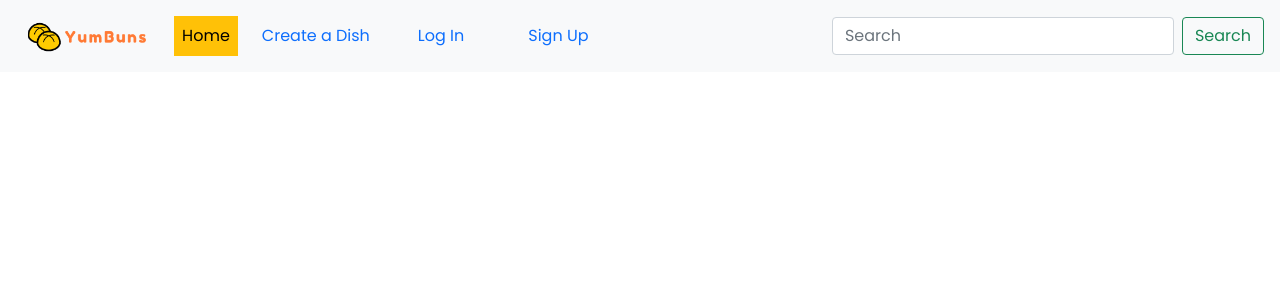
Repository: mottad14/yumBuns
Page: /login (app in client/)
These files come from the project's save history. The page is drawn as it stood at one moment and after the next save; the edit follows.
The browser window is 1280 px wide. The pictures show the whole page.
Some web fonts or font styles are not loaded; a fallback is used. The project was rebuilt for these pictures with package versions that can differ from the ones it lists, and the page was loaded fresh each time. Also part of the build but not shown: client/src/components/RecipePreview.js, client/src/views/Main.js, client/src/views/Create.js, client/src/views/Recipe.js, client/src/components/SubscribePop.css, client/src/components/SignUp.jsx, client/src/components/SubscribePop.js.

Above is the page before, as saved 2022-07-29 10:34:22.

### client/public/index.html
<!DOCTYPE html>
<html lang="en">
  <head>
    <meta charset="utf-8" />
    <link rel="icon" href="%PUBLIC_URL%/favicon.ico" />
    <meta name="viewport" content="width=device-width, initial-scale=1" />
    <meta name="theme-color" content="#000000" />
    <meta
      name="description"
      content="Web site created using create-react-app"
    />
    <!--
      Notice the use of %PUBLIC_URL% in the tags above.
      It will be replaced with the URL of the `public` folder during the build.
      Only files inside the `public` folder can be referenced from the HTML.

      Unlike "/favicon.ico" or "favicon.ico", "%PUBLIC_URL%/favicon.ico" will
      work correctly both with client-side routing and a non-root public URL.
      Learn how to configure a non-root public URL by running `npm run build`.
    -->
    <title>Yumbuns</title>
  </head>
  <body>
    <noscript>You need to enable JavaScript to run this app.</noscript>
    <div id="root"></div>
    <!--
      This HTML file is a template.
      If you open it directly in the browser, you will see an empty page.

      You can add webfonts, meta tags, or analytics to this file.
      The build step will place the bundled scripts into the <body> tag.

      To begin the development, run `npm start` or `yarn start`.
      To create a production bundle, use `npm run build` or `yarn build`.
    -->
  </body>
</html>

### client/src/index.js
import React from 'react';
import ReactDOM from 'react-dom';
import './index.css';
import App from './App';
import reportWebVitals from './reportWebVitals';
import {BrowserRouter} from "react-router-dom";

ReactDOM.render(
    <React.StrictMode>
      <BrowserRouter>
            <App />
      </BrowserRouter>
    </React.StrictMode>,
    document.getElementById('root')
);



// If you want to start measuring performance in your app, pass a function
// to log results (for example: reportWebVitals(console.log))
// or send to an analytics endpoint. Learn more: https://bit.ly/CRA-vitals
reportWebVitals();

### client/src/App.js
import React from 'react';
import 'bootstrap/dist/css/bootstrap.min.css';
import {Switch, Route} from "react-router-dom";
import './App.css';
import NavBar from './components/NavBar';
import Main from './views/Main';
import Create from './views/Create';
import Recipe from './views/Recipe';
import SubscribePop from './components/SubscribePop';
import {useState, useEffect} from 'react'
import { AuthContextProvider } from "./contexts/AuthContext";


function App() {
  const [buttonPopup, setButtonPopup] = useState(false);
  const [timedPopup, setTimedPopup] = useState (false);

  useEffect(() => {
    setTimeout(() => {
      setTimedPopup(true)
    }, 45000)
  }, [])


  return (

    <div className="App">
      <div className="">
          <NavBar/>
          <AuthContextProvider>
              <Switch>
                <Route exact path="/">
                  <Main/>
                </Route>

                <Route path="/view/single/:_id">
                  <Recipe/>
                </Route>

                <Route exact path="/create">
                  <Create/>
                </Route>
              </Switch>

              <SubscribePop trigger={buttonPopup} setTrigger={setButtonPopup}>
                <h3>This is my Pop Up</h3>
              </SubscribePop>

              <SubscribePop trigger={timedPopup} setTrigger={setTimedPopup}>
              </SubscribePop>
          </AuthContextProvider>


       </div>
    </div>
  );
}

export default App;

### client/src/App.css
@import url('https://fonts.googleapis.com/css2?family=BIZ+UDGothic&family=Poppins&display=swap');

.App {
  font-family: 'BIZ UDGothic', sans-serif;
  font-family: 'Poppins', sans-serif;
  z-index: 1;
  text-align: center;
}

.recipePreview{
  border: 3px solid rgb(177, 177, 177);
  min-height: 300px;
  width: 250px;
  background-color: rgb(254, 194, 10);
  border-left-style: dotted;
  border-right-style: dotted;
  border-radius: 10%;

}

.recipePreview > img{
  width: 95%;
  border-radius: 10%;
}
.recipePreview >div{
  align-items: center;

}

.Logo{
  margin-left: 10px;
  height: 30px;
}

.sticky{
  position: sticky;
  top: 0;
  z-index: 999;
  background-color: rgb(254, 194, 10);
  border: 2px solid black;
  border-radius: 25px;
}

.thumbnailBox > img{
  height: 40px;
}

.thumbnailBox > img:hover{
  height: 125px;
}

### client/src/components/NavBar.js
import React from "react";
import { Link } from "react-router-dom"
import Nav from 'react-bootstrap/Nav';
import YumBuns from "../imgs/YumBunsLogo.png"

const NavBar = (props) => {
    return(
            <nav className="navbar navbar-expand-lg bg-light mb-3">
                <Link className="navbar-brand mx-3" to="/">  <img className="Logo" src={YumBuns} alt="Logo" /> </Link>

                <div className="collapse navbar-collapse" id="navbarSupportedContent">
                <ul className="navbar-nav me-auto mb-2 mb-lg-0">
                    <li className="nav-item">
                    <Nav.Link> <Link className="nav-link active btn-outline-warning" aria-current="page" to="/">Home</Link> </Nav.Link>
                    </li>
                    <li className="nav-item">
                    <Nav.Link> <Link className="nav-link btn-outline-warning" to="/create">Create a Dish</Link> </Nav.Link>
                    </li>
                    <li className="nav-item">
                    <Nav.Link> <Link className="nav-link d-flex mx-3 btn-outline-warning" to="/login"> Log In</Link> </Nav.Link>
                    </li>
                    <li className="nav-item">
                    <Nav.Link> <Link className="nav-link d-flex mx-3 btn-outline-warning" to="/signUp"> Sign Up</Link> </Nav.Link>
                    </li>
                </ul>
                <form className="d-flex mx-3" role="search">
                    <input className="form-control me-2" type="search" placeholder="Search" aria-label="Search" />
                    <button className="btn btn-outline-success" type="submit">Search</button>
                </form>
            </div>
            </nav>
    )
}

export default NavBar;

### client/src/contexts/AuthContext.js
import { createContext, useContext, useEffect, useState } from "react";
import {createUserWithEmailAndPassword,
    signInWithEmailAndPassword,
    signOut,
    onAuthStateChanged}
    from "firebase/auth"
import { auth } from "../firebase";

const UserContext = createContext();

export const AuthContextProvider = ({children}) => {
    const [user, setUser] = useState({})

    const createUser = (email, password) => {
        return (createUserWithEmailAndPassword(auth, email, password))
    }

    const signIn = (email, password) => {
        return signInWithEmailAndPassword(auth, email, password)
    }

    const logout = () =>{
        return signOut(auth);
    }

    useEffect (() => {
        const unsubscribe = onAuthStateChanged(auth, (currentUser) => {
            console.log(currentUser)
            setUser(currentUser)
        })
        return (() => {
            unsubscribe()
        })
    }, [])

    return (
        <UserContext.Provider value={{ createUser, user, signIn, logout }}>
            {children}
        </UserContext.Provider>
    )
}

export const UserAuth = () =>{
    return useContext(UserContext)
}

### client/src/firebase.js
// Import the functions you need from the SDKs you need
import { initializeApp } from "firebase/app";
import { getAuth } from "firebase/auth";
// TODO: Add SDKs for Firebase products that you want to use
// https://firebase.google.com/docs/web/setup#available-libraries

// Your web app's Firebase configuration
console.log(`The current api key is: ${process.env.REACT_APP_FIREBASE_API_KEY}`)
const firebaseConfig = {
  apiKey: process.env.REACT_APP_FIREBASE_API_KEY,
  authDomain: process.env.REACT_APP_FIREBASE_AUTH_DOMAIN,
  projectId: process.env.REACT_APP_FIREBASE_PROJECT_ID,
  storageBucket: process.env.REACT_APP_FIREBASE_STORAGE_BUCKET,
  messagingSenderId: process.env.REACT_APP_FIREBASE_MESSAGING_SENDER_ID,
  appId: process.env.REACT_APP_FIREBASE_APP_ID,
  measurementId: process.env.REACT_APP_FIREBASE_MEASUREMENT_ID
};

// Initialize Firebase
const app = initializeApp(firebaseConfig);
export const auth = getAuth(app);
export default app;

Loaded but not shown: client/src/index.css (common file); client/src/reportWebVitals.js (common file)

After the next save:
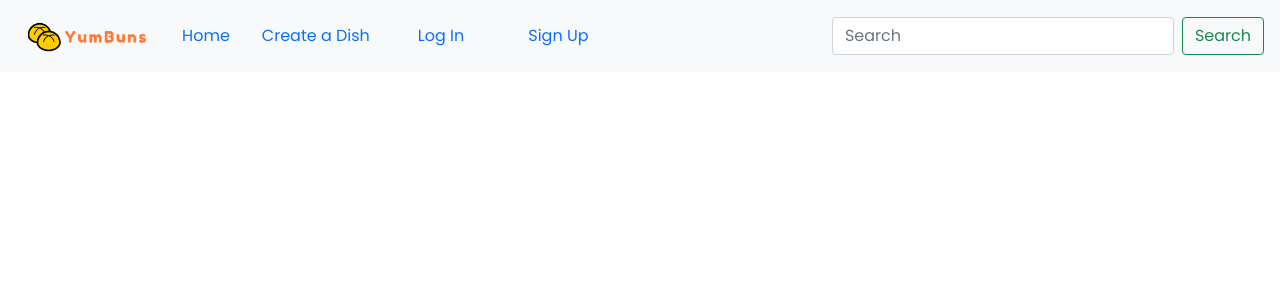
Saved 15 s later.
--- a/client/src/components/NavBar.js
+++ b/client/src/components/NavBar.js
@@ -11,7 +11,7 @@ const NavBar = (props) => {
                 <div className="collapse navbar-collapse" id="navbarSupportedContent">
                 <ul className="navbar-nav me-auto mb-2 mb-lg-0">
                     <li className="nav-item">
-                    <Nav.Link> <Link className="nav-link active btn-outline-warning" aria-current="page" to="/">Home</Link> </Nav.Link>
+                    <Nav.Link> <Link className="nav-link btn-outline-warning" aria-current="page" to="/">Home</Link> </Nav.Link>
                     </li>
                     <li className="nav-item">
                     <Nav.Link> <Link className="nav-link btn-outline-warning" to="/create">Create a Dish</Link> </Nav.Link>
